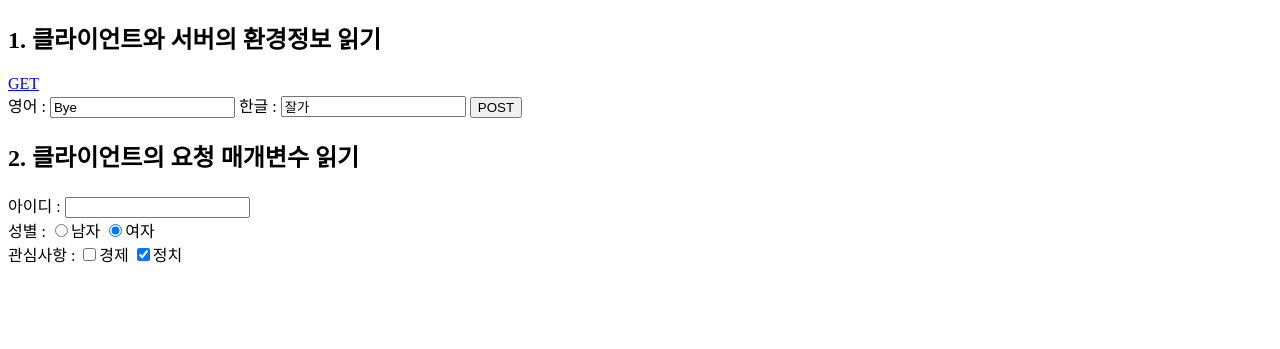
Repository: kimjaewoo2233/JSP_Summary
Page: http://localhost/lec_test/02ImplicitObject/RequestMain.jsp
The author's editor kept a copy of each file at every save. The page is drawn from the files as they stood at one save, then again after the next save.
The browser window is 1280 px wide. The pictures show the whole page.
The page is served by Tomcat 9.

Above is the page before, as saved 2022-03-02 14:38:17.

After the next save:
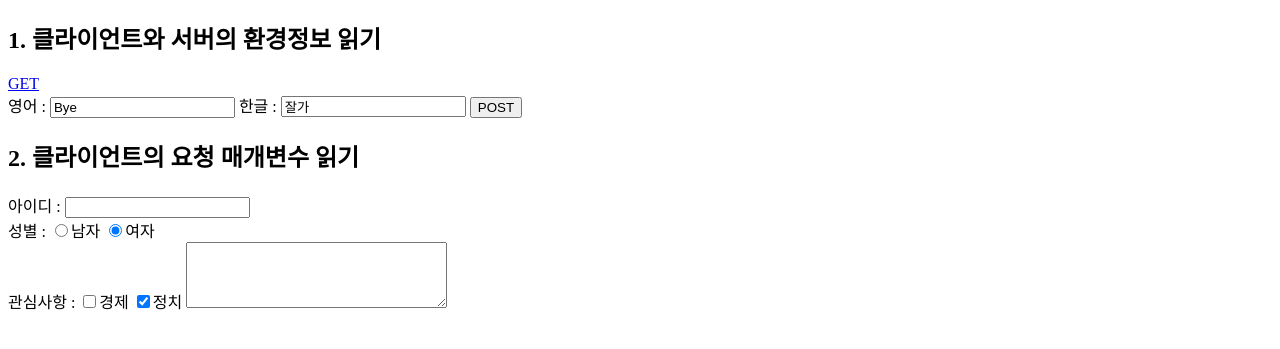
Saved 79 s later.
--- a/lec_test/src/main/webapp/02ImplicitObject/RequestMain.jsp
+++ b/lec_test/src/main/webapp/02ImplicitObject/RequestMain.jsp
@@ -28,6 +28,7 @@
 			관심사항 :
 			<input type="checkbox" name="favo" value="eco"/>경제
 			<input type="checkbox" name="favo" value="pol" checked="checked"/>정치
+			<textarea name="intro" cols="30" rows="4"></textarea>
 		</form>
 </body>
 </html>
